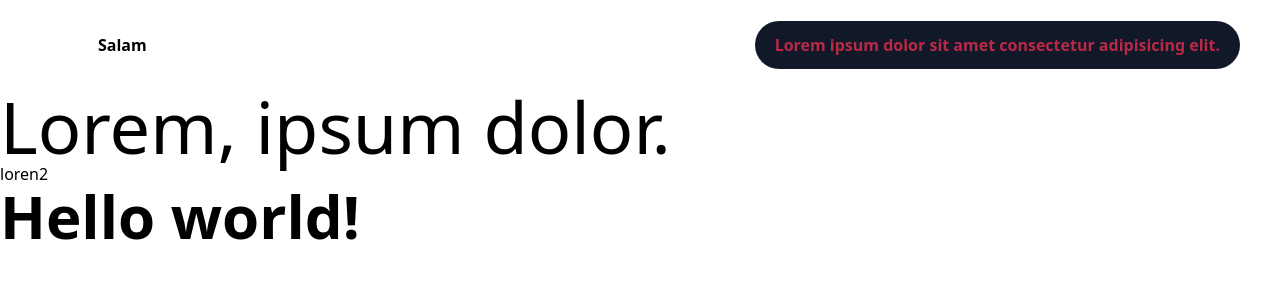
Repository: khaled-m1/Blog-Next.js
Page: /
An editor plug-in stored every save of this project. The page is shown before and after the next save, followed by the edit.
The browser window is 1280 px wide. The pictures show the whole page.
The project was rebuilt for these pictures with package versions that can differ from the ones it lists, and the page was loaded fresh each time. The framework's server and built-in components were replaced by stand-ins that run in the browser. Also part of the build but not shown: next.config.js.

Above is the page before, as saved 2023-01-15 23:44:25.

After the next save:
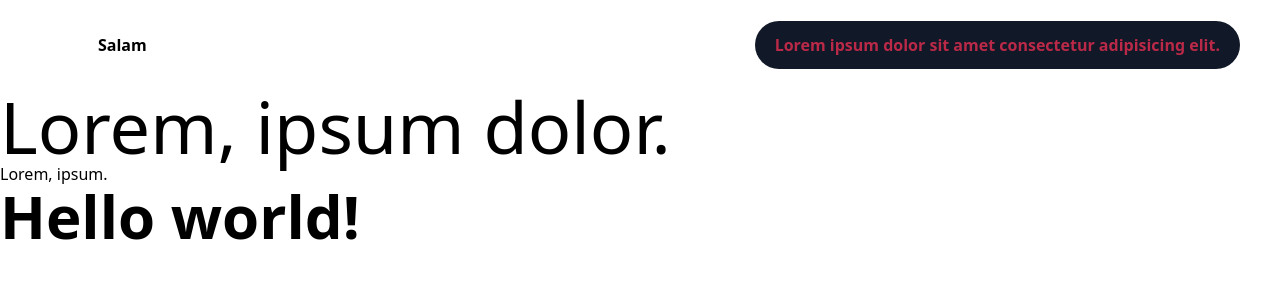
Saved 4 s later.
--- a/components/Bannar.tsx
+++ b/components/Bannar.tsx
@@ -6,8 +6,7 @@ export const Bannar = () => {
       <div>
         <h1 className="text-7xl">Lorem, ipsum dolor.</h1>
       <h2 className="mt-5 md:mt-0">
-        loren2
-
+        Lorem, ipsum.
       </h2>
       </div>
     </div>
